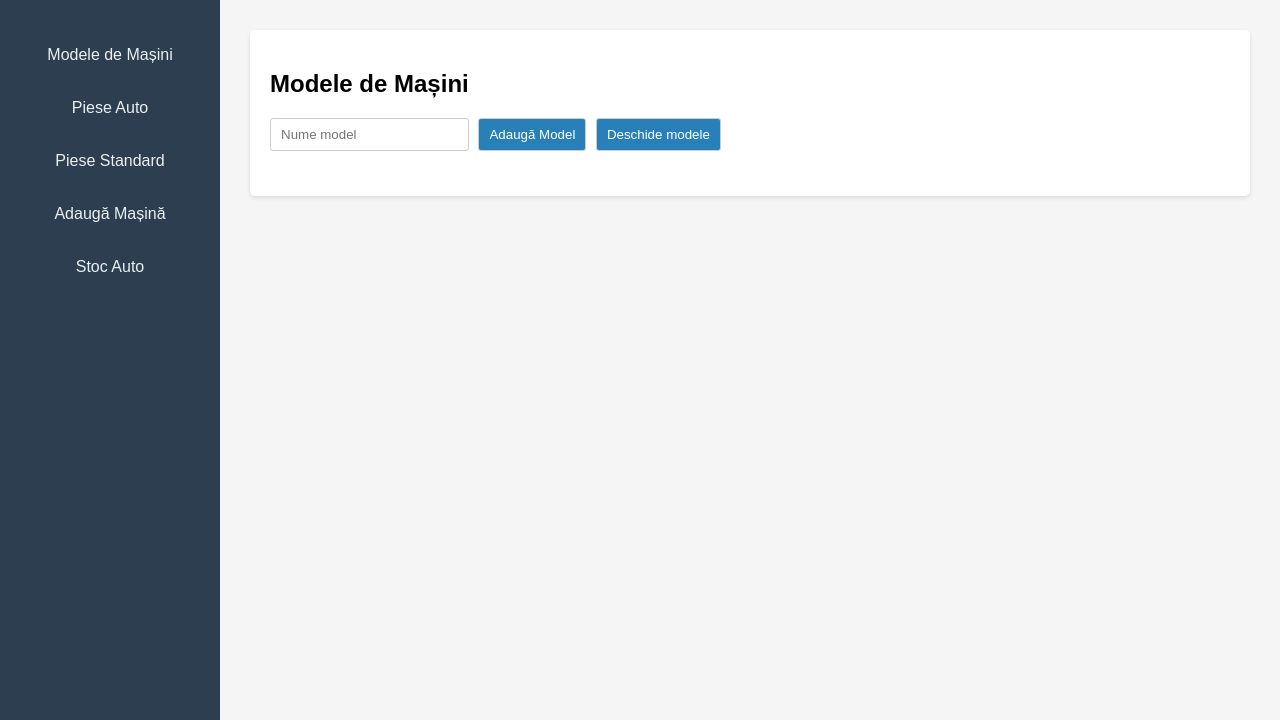
Repository: catalintoma21/autoturc
Page: stockapp1/src/main/resources/static/index.html
These files come from the project's save history. The page is drawn as it stood at one moment and after the next save; the edit follows.
The browser window is 1280 px wide. The pictures show the whole page.
The page's requests for data from a server got no answer.

Above is the page before, as saved 2025-03-12 11:24:43.

### stockapp1/src/main/resources/static/index.html
<!DOCTYPE html>
<html lang="ro">
<head>
  <meta charset="UTF-8">
  <title>Gestionare Stoc Auto</title>
  <link rel="stylesheet" href="style.css">
</head>
<body>
  <div class="container">
    <!-- Bara laterală -->
    <nav class="sidebar">
      <ul>
        <li><a href="#" data-target="model-section">Modele de Mașini</a></li>
        <li><a href="#" data-target="part-section">Piese Auto</a></li>
        <li><a href="#" data-target="standard-part-section">Piese Standard</a></li>
        <li><a href="#" data-target="add-car-section">Adaugă Mașină</a></li>
        <li><a href="#" data-target="stock-section">Stoc Auto</a></li>
      </ul>
    </nav>

    <!-- Zona de conținut -->
    <div class="content">
      <!-- Secțiunea Modele -->
      <section id="model-section" class="section">
        <h2>Modele de Mașini</h2>
        <div class="form-group">
          <input type="text" id="modelName" placeholder="Nume model">
          <button id="addModelBtn">Adaugă Model</button>
          <button id="openModelBtn">Deschide modele</button>
        </div>
        <!-- Modal pentru lista modelelor -->
        <div id="modelModal" class="modal">
          <div class="modal-content">
            <span id="closeModelModal" class="close">&times;</span>
            <h2>Lista modele</h2>
            <ul id="modelList"></ul>
          </div>
        </div>
      </section>

      <!-- Secțiunea Piese Auto (non-standard) -->
      <section id="part-section" class="section" style="display: none;">
        <h2>Piese Auto (Opțional)</h2>
        <div class="form-group">
          <input type="text" id="partName" placeholder="Nume piesă">
          <input type="text" id="partCarModel" placeholder="Model mașină">
          <input type="number" id="partPrice" placeholder="Preț">
          <input type="number" id="partEuro" placeholder="Euro" min="3" max="9">
          <input type="text" id="partCode" placeholder="Cod">
          <button id="addPartBtn">Adaugă Piesă</button>
        </div>
      </section>

      <!-- Secțiunea Piese Standard -->
      <section id="standard-part-section" class="section" style="display: none;">
        <h2>Piese Standard</h2>
        <div class="form-group">
          <input type="text" id="stdPartName" placeholder="Nume piesă">
          <input type="text" id="stdPartCarModel" placeholder="Model mașină">
          <input type="number" id="stdPartPrice" placeholder="Preț">
          <input type="number" id="stdPartEuro" placeholder="Euro" min="3" max="9">
          <input type="text" id="stdPartCode" placeholder="Cod">
          <!-- Nu afișăm checkbox-ul, ci îl setăm automat pe true -->
          <button id="addStdPartBtn">Adaugă Piesă Standard</button>
        </div>
      </section>

      <!-- Secțiunea Adaugă Mașină -->
      <section id="add-car-section" class="section" style="display: none;">
        <h2>Adaugă Mașină cu Piese Standard</h2>
        <div class="form-group">
          <select id="selectCarModel">
            <!-- Se va popula dinamic cu modelele existente -->
          </select>
          <button id="addCarBtn">Adaugă Mașină în Stoc</button>
        </div>
      </section>

      <!-- Secțiunea Stoc -->
      <section id="stock-section" class="section" style="display: none;">
        <h2>Stoc Auto</h2>
        <div class="form-group">
          <input type="text" id="searchPartName" placeholder="Caută după nume">
          <input type="text" id="searchCarModel" placeholder="Model">
          <input type="text" id="searchEuro" placeholder="Euro">
          <input type="text" id="searchCode" placeholder="Cod">
          <button id="searchBtn">Caută</button>
        </div>
        <table id="stockTable">
          <thead>
            <tr>
              <th>Nume Piesă</th>
              <th>Model</th>
              <th>Preț</th>
              <th>Cantitate</th>
              <th>Euro</th>
              <th>Cod</th>
              <th>Acțiuni</th>
            </tr>
          </thead>
          <tbody>
            <!-- Se vor popula din JS -->
          </tbody>
        </table>
      </section>
    </div>
  </div>
  <script src="main.js"></script>
</body>
</html>

### stockapp1/src/main/resources/static/style.css
/* Stiluri generale */
body {
  margin: 0;
  font-family: Arial, sans-serif;
  background-color: #f5f5f5;
}

/* Containerul principal */
.container {
  display: flex;
  height: 100vh;
}

/* Bara laterală */
.sidebar {
  width: 220px;
  background-color: #2c3e50;
  color: #ecf0f1;
  padding: 20px 0;
}

.sidebar ul {
  list-style: none;
  padding: 0;
}

.sidebar ul li {
  margin: 15px 0;
  text-align: center;
}

.sidebar ul li a {
  color: #ecf0f1;
  text-decoration: none;
  font-size: 16px;
  display: block;
  padding: 10px 0;
  transition: background 0.3s;
}

.sidebar ul li a:hover,
.sidebar ul li a.active {
  background-color: #34495e;
}

/* Zona de conținut */
.content {
  flex: 1;
  padding: 30px;
  overflow-y: auto;
}

/* Secțiuni */
.section {
  background-color: #ffffff;
  padding: 20px;
  margin-bottom: 30px;
  border-radius: 5px;
  box-shadow: 0 2px 4px rgba(0,0,0,0.1);
}

/* Grupuri de formulare */
.form-group {
  margin: 15px 0;
}

.form-group input,
.form-group select,
.form-group button {
  padding: 8px 10px;
  margin-right: 5px;
  margin-bottom: 10px;
  border: 1px solid #ccc;
  border-radius: 3px;
}

/* Butoane */
button {
  cursor: pointer;
  background-color: #2980b9;
  border: none;
  color: #fff;
  transition: background 0.3s;
}

button:hover {
  background-color: #3498db;
}

/* Tabel */
table {
  width: 100%;
  border-collapse: collapse;
  margin-top: 15px;
}

table, th, td {
  border: 1px solid #ccc;
}

th, td {
  padding: 10px;
  text-align: left;
}

/* Modal */
.modal {
  display: none;
  position: fixed;
  z-index: 100;
  left: 0;
  top: 0;
  width: 100%;
  height: 100%;
  overflow: auto;
  background-color: rgba(0,0,0,0.4);
}

.modal-content {
  background-color: #fff;
  margin: 10% auto;
  padding: 20px;
  border-radius: 4px;
  width: 60%;
  position: relative;
}

.close {
  position: absolute;
  top: 10px;
  right: 15px;
  color: #aaa;
  font-size: 28px;
  font-weight: bold;
  cursor: pointer;
}

.close:hover {
  color: #000;
}

### stockapp1/src/main/resources/static/main.js
document.addEventListener('DOMContentLoaded', () => {
  const apiUrl = '/api';

  // Navigare între secțiuni (sidebar)
  const sidebarLinks = document.querySelectorAll('.sidebar ul li a');
  sidebarLinks.forEach(link => {
    link.addEventListener('click', (e) => {
      e.preventDefault();
      sidebarLinks.forEach(l => l.classList.remove('active'));
      link.classList.add('active');
      const targetId = link.getAttribute('data-target');
      document.querySelectorAll('.section').forEach(section => {
        section.style.display = section.id === targetId ? 'block' : 'none';
      });
    });
  });

  // ----- Secțiunea Modele -----
  function loadModels() {
    fetch(`${apiUrl}/models/all`)
      .then(response => response.json())
      .then(models => {
        const modelList = document.getElementById('modelList');
        modelList.innerHTML = '';
        models.forEach(model => {
          const li = document.createElement('li');
          li.textContent = model.modelName;
          modelList.appendChild(li);
        });
        // De asemenea, actualizează dropdown-ul din secțiunea "Adaugă Mașină"
        const selectCarModel = document.getElementById('selectCarModel');
        if(selectCarModel) {
          selectCarModel.innerHTML = '';
          models.forEach(model => {
            const option = document.createElement('option');
            option.value = model.modelName;
            option.textContent = model.modelName;
            selectCarModel.appendChild(option);
          });
        }
      });
  }

  document.getElementById('addModelBtn').addEventListener('click', () => {
    const modelName = document.getElementById('modelName').value;
    fetch(`${apiUrl}/models/add?modelName=${encodeURIComponent(modelName)}`, {
      method: 'POST'
    })
    .then(response => response.json())
    .then(data => {
      alert("Model adăugat!");
      document.getElementById('modelName').value = '';
    })
    .catch(error => console.error('Error:', error));
  });

  document.getElementById('openModelBtn').addEventListener('click', () => {
    loadModels();
    document.getElementById('modelModal').style.display = 'block';
  });

  document.getElementById('closeModelModal').addEventListener('click', () => {
    document.getElementById('modelModal').style.display = 'none';
  });

  // ----- Secțiunea Piese Auto (non-standard) -----
  document.getElementById('addPartBtn').addEventListener('click', () => {
    const requestData = {
      name: document.getElementById('partName').value,
      carModel: document.getElementById('partCarModel').value,
      price: parseFloat(document.getElementById('partPrice').value),
      euro: parseInt(document.getElementById('partEuro').value),
      code: document.getElementById('partCode').value,
      standard: false
    };

    fetch(`${apiUrl}/parts/add`, {
      method: 'POST',
      headers: {'Content-Type': 'application/json'},
      body: JSON.stringify(requestData)
    })
    .then(response => response.json())
    .then(data => {
      alert("Piesă adăugată (non-standard)!");
    })
    .catch(error => console.error('Error:', error));
  });

  // ----- Secțiunea Piese Standard -----
  document.getElementById('addStdPartBtn').addEventListener('click', () => {
    const requestData = {
      name: document.getElementById('stdPartName').value,
      carModel: document.getElementById('stdPartCarModel').value,
      price: parseFloat(document.getElementById('stdPartPrice').value),
      euro: parseInt(document.getElementById('stdPartEuro').value),
      code: document.getElementById('stdPartCode').value,
      standard: true
    };

    fetch(`${apiUrl}/parts/add`, {
      method: 'POST',
      headers: {'Content-Type': 'application/json'},
      body: JSON.stringify(requestData)
    })
    .then(response => response.json())
    .then(data => {
      alert("Piesă standard adăugată!");
    })
    .catch(error => console.error('Error:', error));
  });

  // ----- Secțiunea Adaugă Mașină (cu piese standard) -----
  // Populează dropdown-ul cu modelele existente
  function loadCarModelsForAdd() {
    fetch(`${apiUrl}/models/all`)
      .then(response => response.json())
      .then(models => {
        const select = document.getElementById('selectCarModel');
        select.innerHTML = '';
        models.forEach(model => {
          const option = document.createElement('option');
          option.value = model.modelName;
          option.textContent = model.modelName;
          select.appendChild(option);
        });
      });
  }
  loadCarModelsForAdd();

  document.getElementById('addCarBtn').addEventListener('click', () => {
    const carModel = document.getElementById('selectCarModel').value;
    fetch(`${apiUrl}/inventory/addCar`, {
      method: 'POST',
      headers: {'Content-Type': 'application/json'},
      body: JSON.stringify({ carModel: carModel })
    })
    .then(response => response.text())
    .then(msg => {
      alert(msg);
    })
    .catch(error => console.error('Error:', error));
  });

  // ----- Secțiunea Stoc -----
  document.getElementById('searchBtn').addEventListener('click', () => {
    const partName = document.getElementById('searchPartName').value;
    const carModel = document.getElementById('searchCarModel').value || "Toate";
    const euro = document.getElementById('searchEuro').value || "Toate";
    const code = document.getElementById('searchCode').value || "Toate";

    fetch(`${apiUrl}/inventory/search?partName=${encodeURIComponent(partName)}&carModel=${encodeURIComponent(carModel)}&euro=${encodeURIComponent(euro)}&code=${encodeURIComponent(code)}`)
      .then(response => response.json())
      .then(data => {
        populateStockTable(data);
      })
      .catch(error => console.error('Error:', error));
  });

  function populateStockTable(entries) {
    const tbody = document.getElementById('stockTable').querySelector('tbody');
    tbody.innerHTML = '';
    entries.forEach(entry => {
      const tr = document.createElement('tr');
      tr.innerHTML = `
        <td>${entry.partName}</td>
        <td>${entry.carModel}</td>
        <td>${entry.price}</td>
        <td>${entry.quantity}</td>
        <td>${entry.euro}</td>
        <td>${entry.code}</td>
        <td><button class="sellBtn" data-part="${entry.partName}" data-model="${entry.carModel}" data-price="${entry.price}" data-euro="${entry.euro}" data-code="${entry.code}">Vinde</button></td>
      `;
      tbody.appendChild(tr);
    });

    document.querySelectorAll('.sellBtn').forEach(button => {
      button.addEventListener('click', () => {
        const sellData = {
          partName: button.getAttribute('data-part'),
          carModel: button.getAttribute('data-model'),
          price: parseFloat(button.getAttribute('data-price')),
          euro: parseInt(button.getAttribute('data-euro')),
          code: button.getAttribute('data-code')
        };

        fetch(`${apiUrl}/inventory/sell`, {
          method: 'POST',
          headers: {'Content-Type': 'application/json'},
          body: JSON.stringify(sellData)
        })
        .then(response => response.text())
        .then(msg => {
          alert(msg);
          document.getElementById('searchBtn').click();
        })
        .catch(error => console.error('Error:', error));
      });
    });
  }
});

After the next save:
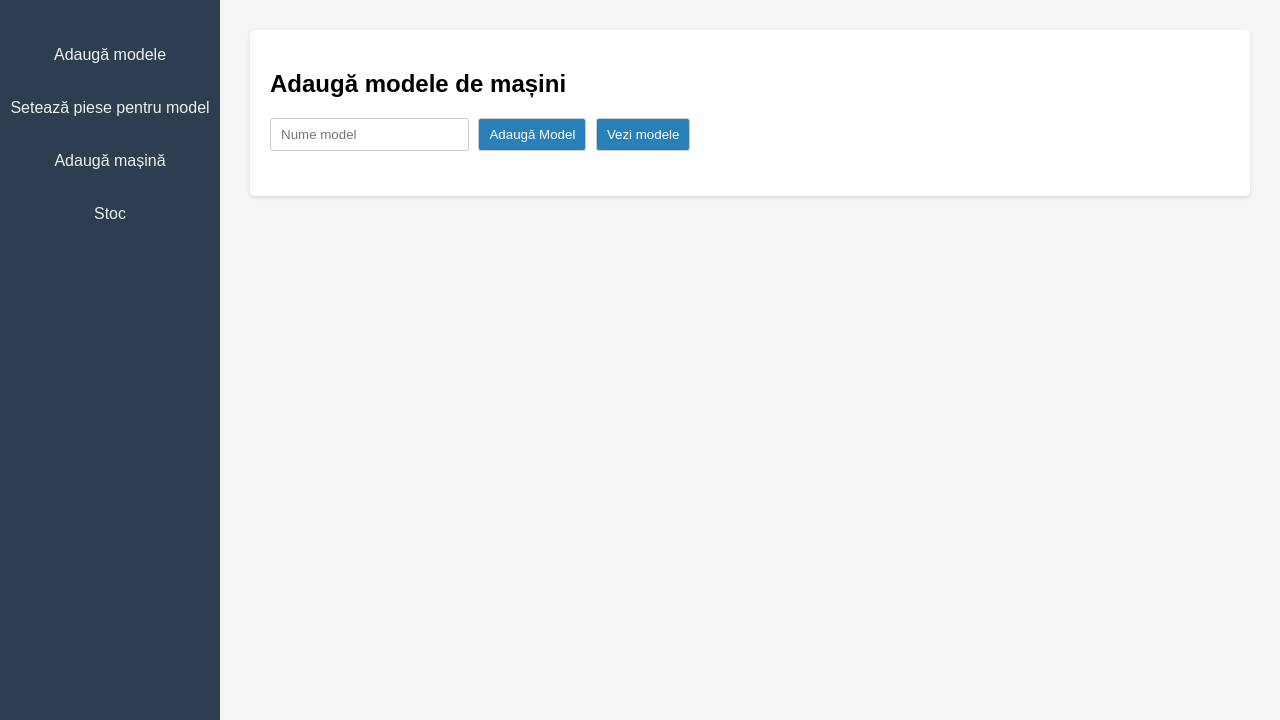
Console error: TypeError: Cannot read properties of null (reading 'addEventListener')
Saved 4 min 54 s later.
--- a/stockapp1/src/main/resources/static/index.html
+++ b/stockapp1/src/main/resources/static/index.html
@@ -10,25 +10,24 @@
     <!-- Bara laterală -->
     <nav class="sidebar">
       <ul>
-        <li><a href="#" data-target="model-section">Modele de Mașini</a></li>
-        <li><a href="#" data-target="part-section">Piese Auto</a></li>
-        <li><a href="#" data-target="standard-part-section">Piese Standard</a></li>
-        <li><a href="#" data-target="add-car-section">Adaugă Mașină</a></li>
-        <li><a href="#" data-target="stock-section">Stoc Auto</a></li>
+        <li><a href="#" data-target="model-section">Adaugă modele</a></li>
+        <li><a href="#" data-target="config-part-section">Setează piese pentru model</a></li>
+        <li><a href="#" data-target="add-car-section">Adaugă mașină</a></li>
+        <li><a href="#" data-target="stock-section">Stoc</a></li>
       </ul>
     </nav>
 
     <!-- Zona de conținut -->
     <div class="content">
-      <!-- Secțiunea Modele -->
+      <!-- Secțiunea Adaugă modele -->
       <section id="model-section" class="section">
-        <h2>Modele de Mașini</h2>
+        <h2>Adaugă modele de mașini</h2>
         <div class="form-group">
           <input type="text" id="modelName" placeholder="Nume model">
           <button id="addModelBtn">Adaugă Model</button>
-          <button id="openModelBtn">Deschide modele</button>
+          <button id="openModelBtn">Vezi modele</button>
         </div>
-        <!-- Modal pentru lista modelelor -->
+        <!-- Modal pentru listă de modele -->
         <div id="modelModal" class="modal">
           <div class="modal-content">
             <span id="closeModelModal" class="close">&times;</span>
@@ -38,41 +37,37 @@
         </div>
       </section>
 
-      <!-- Secțiunea Piese Auto (non-standard) -->
-      <section id="part-section" class="section" style="display: none;">
-        <h2>Piese Auto (Opțional)</h2>
+      <!-- Secțiunea Setează piese pentru model -->
+      <section id="config-part-section" class="section" style="display: none;">
+        <h2>Setează piese pentru model</h2>
         <div class="form-group">
-          <input type="text" id="partName" placeholder="Nume piesă">
-          <input type="text" id="partCarModel" placeholder="Model mașină">
-          <input type="number" id="partPrice" placeholder="Preț">
-          <input type="number" id="partEuro" placeholder="Euro" min="3" max="9">
-          <input type="text" id="partCode" placeholder="Cod">
-          <button id="addPartBtn">Adaugă Piesă</button>
+          <select id="selectConfigModel">
+            <!-- Dropdown populat din modelele existente -->
+          </select>
+        </div>
+        <div class="form-group">
+          <input type="text" id="configPartName" placeholder="Nume piesă">
+          <input type="number" id="configPartPrice" placeholder="Preț">
+          <input type="number" id="configPartEuro" placeholder="Euro" min="3" max="9">
+          <input type="text" id="configPartCode" placeholder="Cod">
+          <button id="addConfigPartBtn">Adaugă piesă</button>
+        </div>
+        <div class="form-group">
+          <h3>Piese configurate pentru model</h3>
+          <ul id="configPartList">
+            <!-- Se vor afișa piesele default pentru modelul selectat -->
+          </ul>
         </div>
       </section>
 
-      <!-- Secțiunea Piese Standard -->
-      <section id="standard-part-section" class="section" style="display: none;">
-        <h2>Piese Standard</h2>
+      <!-- Secțiunea Adaugă mașină -->
+      <section id="add-car-section" class="section" style="display: none;">
+        <h2>Adaugă mașină (cu piese standard)</h2>
         <div class="form-group">
-          <input type="text" id="stdPartName" placeholder="Nume piesă">
-          <input type="text" id="stdPartCarModel" placeholder="Model mașină">
-          <input type="number" id="stdPartPrice" placeholder="Preț">
-          <input type="number" id="stdPartEuro" placeholder="Euro" min="3" max="9">
-          <input type="text" id="stdPartCode" placeholder="Cod">
-          <!-- Nu afișăm checkbox-ul, ci îl setăm automat pe true -->
-          <button id="addStdPartBtn">Adaugă Piesă Standard</button>
-        </div>
-      </section>
-
-      <!-- Secțiunea Adaugă Mașină -->
-      <section id="add-car-section" class="section" style="display: none;">
-        <h2>Adaugă Mașină cu Piese Standard</h2>
-        <div class="form-group">
-          <select id="selectCarModel">
-            <!-- Se va popula dinamic cu modelele existente -->
+          <select id="selectCarForStock">
+            <!-- Dropdown populat din modelele existente -->
           </select>
-          <button id="addCarBtn">Adaugă Mașină în Stoc</button>
+          <button id="addCarBtn">Adaugă mașină în stoc</button>
         </div>
       </section>
 
@@ -99,7 +94,7 @@
             </tr>
           </thead>
           <tbody>
-            <!-- Se vor popula din JS -->
+            <!-- Se vor popula din JavaScript -->
           </tbody>
         </table>
       </section>
